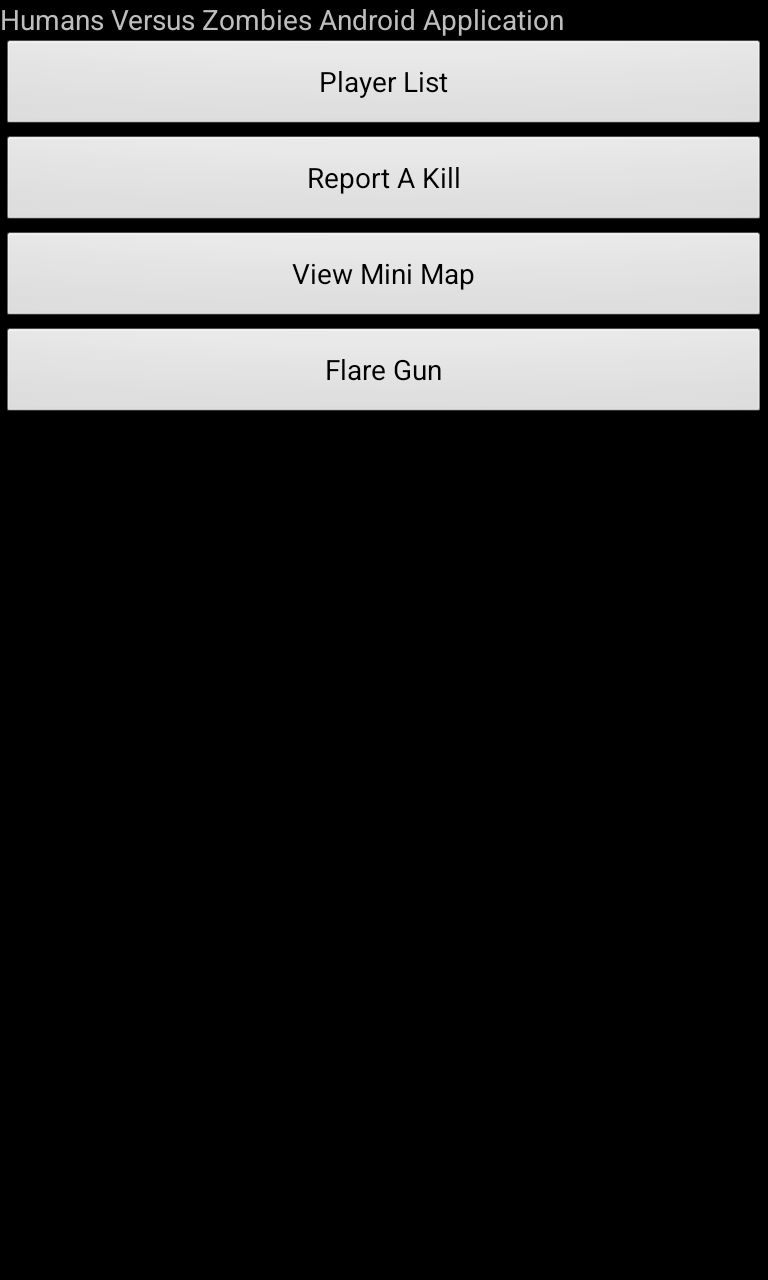
Repository: rolsen/HvZ
Layout: HvZ_phone/res/layout/main.xml
The author's editor kept a copy of each file at every save. The layout is drawn from the files as they stood at one save, then again after the next save.
It is drawn on a 768 x 1280 px phone screen (xhdpi) without system bars, with theme android:Theme; the app's code is not run.

Above is the layout before, as saved 2011-11-05 00:13:17.

After the next save:
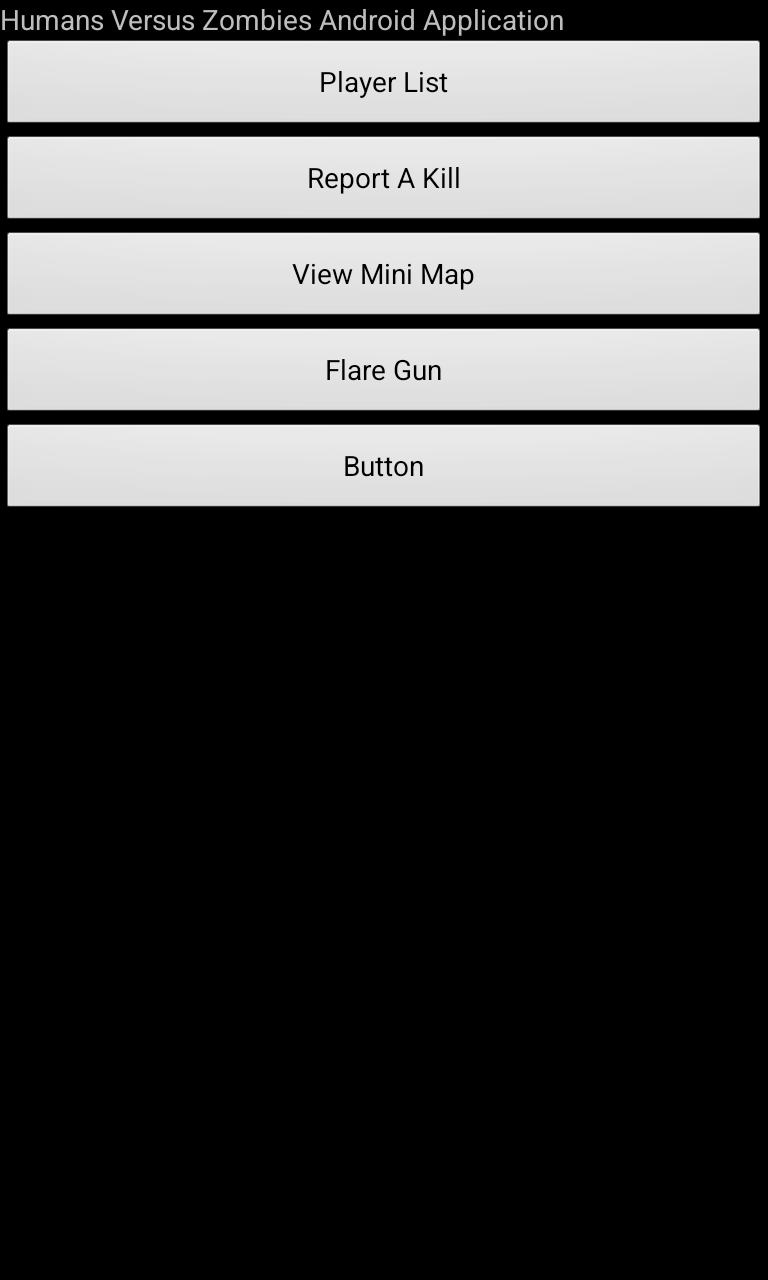
Saved 12 s later.
--- a/HvZ_phone/res/layout/main.xml
+++ b/HvZ_phone/res/layout/main.xml
@@ -42,4 +42,11 @@
         android:layout_height="wrap_content"
         android:text="Flare Gun" />
 
+
+    <Button
+        android:id="@+id/button5"
+        android:layout_width="match_parent"
+        android:layout_height="wrap_content"
+        android:text="Button" />
+
 </LinearLayout>
